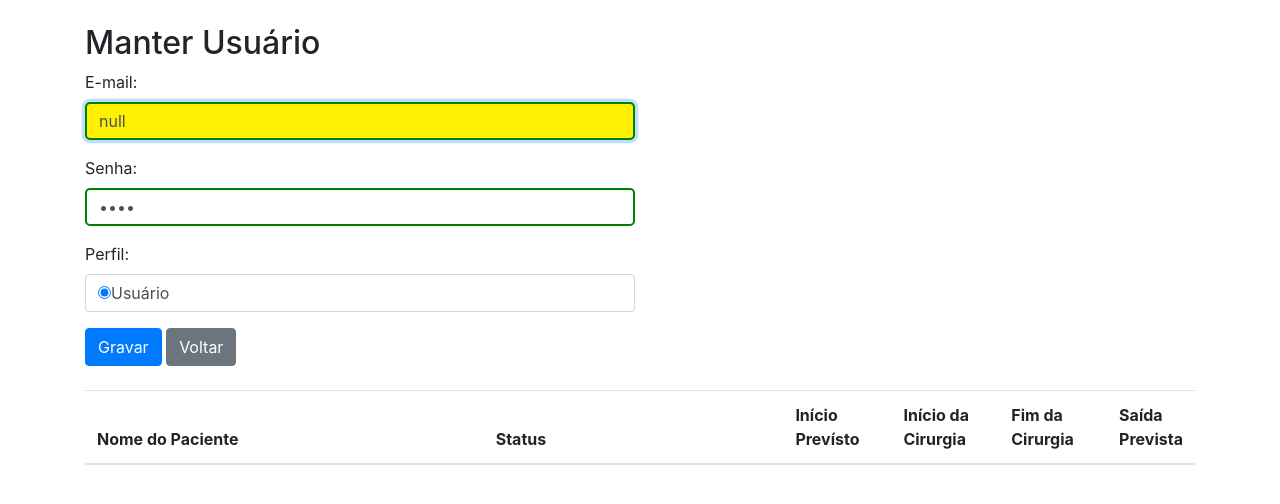
Repository: eduardo-r-jesus/Projeto_Centro_Cirurgico
Page: http://localhost/centro_cirurgico_web/formManterUsuario.jsp
These files come from the project's save history. The page is drawn as it stood at one moment and after the next save; the edit follows.
The browser window is 1280 px wide. The pictures show the whole page.
The first visible `input[type=email]` has the focus.
The page is served by Tomcat 9.

Above is the page before, as saved 2021-09-07 15:25:48.

After the next save:
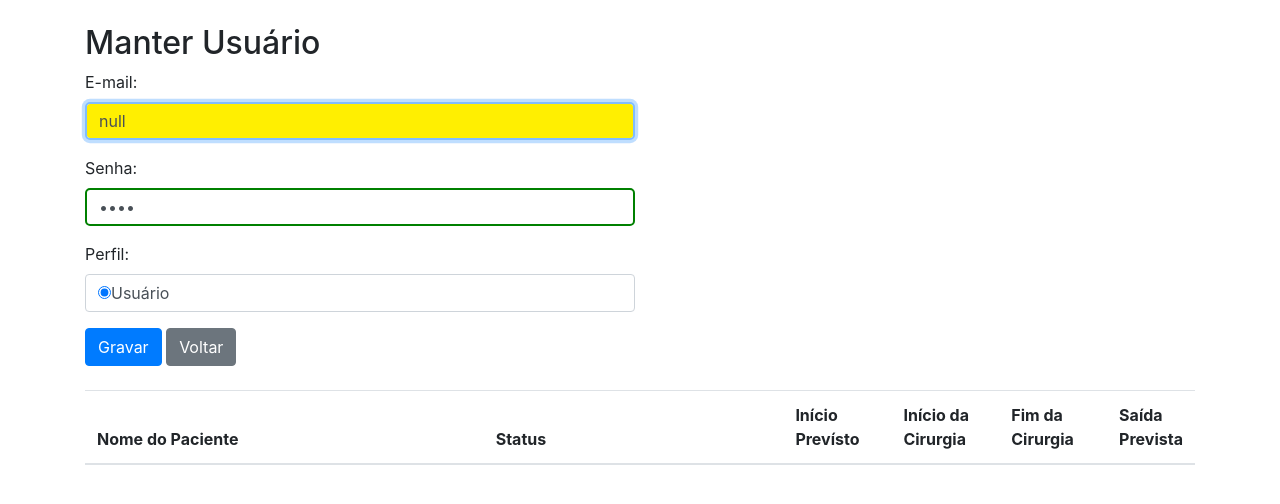
Saved 19 s later.
--- a/centro_cirurgico_web/src/main/webapp/css/estilo.css
+++ b/centro_cirurgico_web/src/main/webapp/css/estilo.css
@@ -30,7 +30,6 @@
 
 input[type=email]:focus, input[type=password]:focus{
     background-color: #ffef01;
-    border: 2px solid green;
 }
 
 input[type=radio]{
